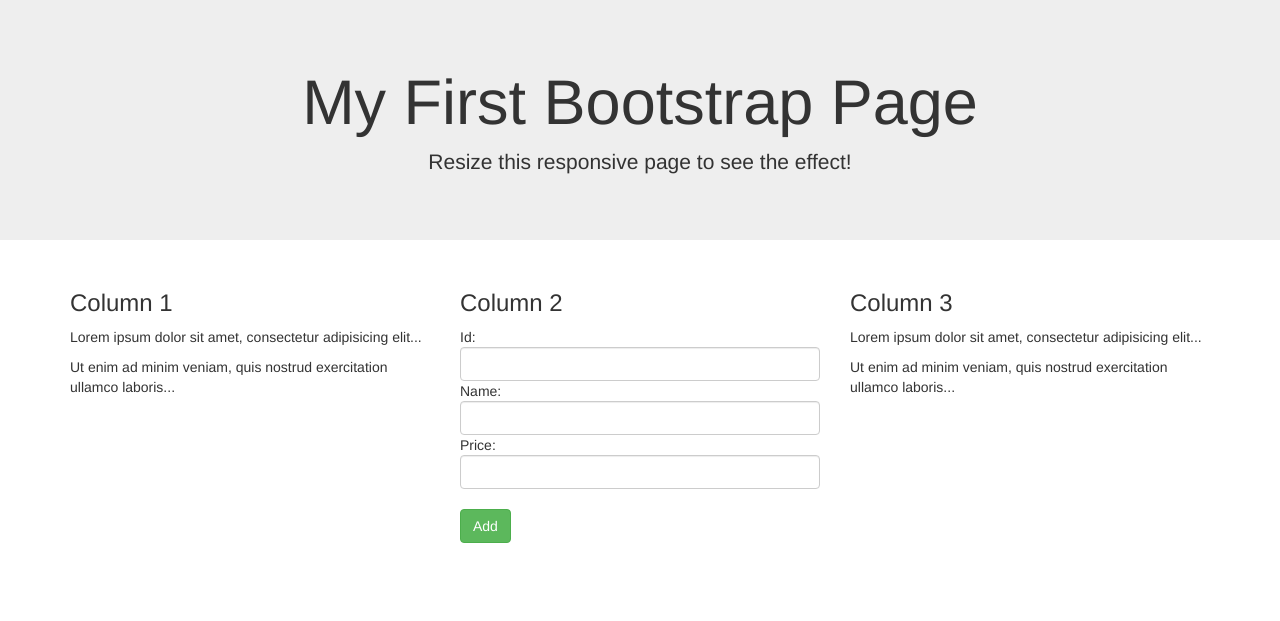
Repository: jagasia/wipro16feb
Page: http://localhost/mvc-1/WEB-INF/jsp/product.jsp
The author's editor kept a copy of each file at every save. The page is drawn from the files as they stood at one save, then again after the next save.
The browser window is 1280 px wide. The pictures show the whole page.
The page is served by Tomcat 9. Nobody is signed in. Other server files are loaded and not shown. The template is opened directly, without the code that normally fills it, so the values that code supplies are empty.

Above is the page before, as saved 2023-02-16 09:14:06.

### mvc-1/src/main/webapp/WEB-INF/jsp/product.jsp
<%@ page language="java" contentType="text/html; charset=ISO-8859-1"
    pageEncoding="ISO-8859-1"%>
<!DOCTYPE html>
<html>
<head>
<meta charset="ISO-8859-1">
<title>Insert title here</title>
<link rel="stylesheet" href="https://maxcdn.bootstrapcdn.com/bootstrap/3.4.1/css/bootstrap.min.css">
  <script src="https://ajax.googleapis.com/ajax/libs/jquery/3.6.3/jquery.min.js"></script>
  <script src="https://maxcdn.bootstrapcdn.com/bootstrap/3.4.1/js/bootstrap.min.js"></script>
</head>
<body>
<div class="jumbotron text-center">
  <h1>My First Bootstrap Page</h1>
  <p>Resize this responsive page to see the effect!</p>
</div>

<div class="container">
  <div class="row">
    <div class="col-sm-4">
      <h3>Column 1</h3>
      <p>Lorem ipsum dolor sit amet, consectetur adipisicing elit...</p>
      <p>Ut enim ad minim veniam, quis nostrud exercitation ullamco laboris...</p>
    </div>
    <div class="col-sm-4">
      <h3>Column 2</h3>
      <form>
      	Id:<input type="number" class="form-control" name="id" />
      	Name:<input type="text" class="form-control" name="name" />
      	Price:<input type="number" class="form-control" name="price" /><br/>
      	<input type="submit" value="Add" class="btn btn-success" />
      </form>
    </div>
    <div class="col-sm-4">
      <h3>Column 3</h3>
      <p>Lorem ipsum dolor sit amet, consectetur adipisicing elit...</p>
      <p>Ut enim ad minim veniam, quis nostrud exercitation ullamco laboris...</p>
    </div>
  </div>
  <div class="row">
  	<div class="col-sm-2"></div>
  	<div class="col-sm-8">
  		<table class="table table-bordered table-striped table-hover">
  		</table>
  	</div>
  	<div class="col-sm-2"></div>
  </div>
</div>

</body>
</html>

After the next save:
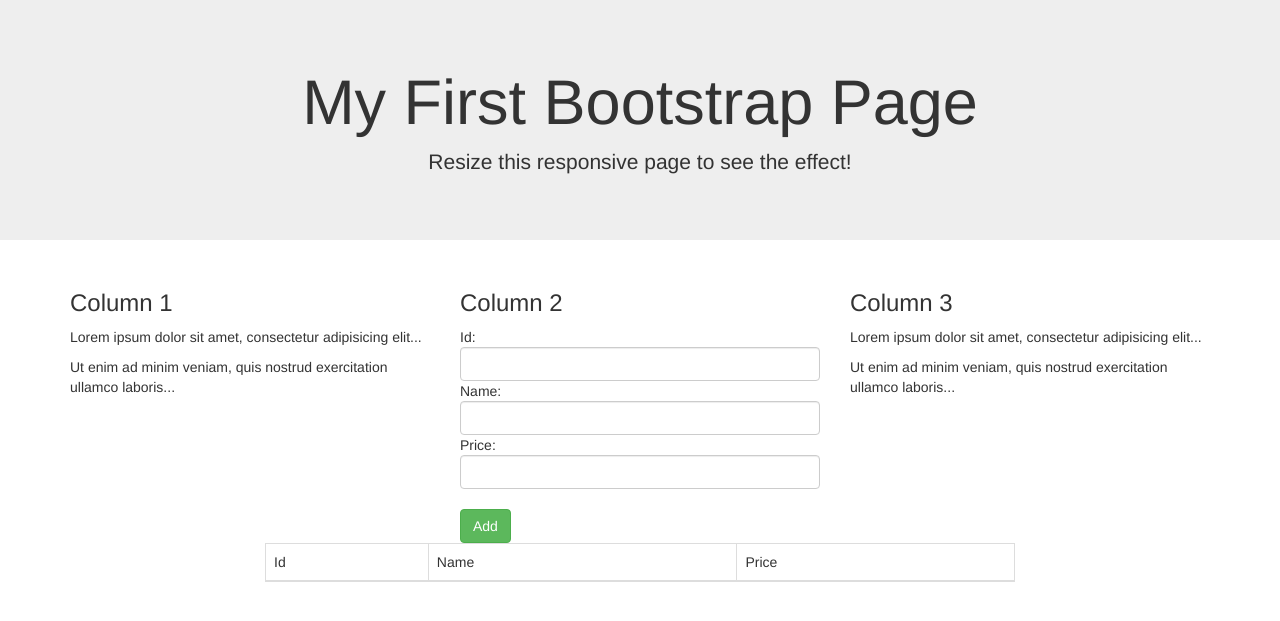
Saved 26 s later.
--- a/mvc-1/src/main/webapp/WEB-INF/jsp/product.jsp
+++ b/mvc-1/src/main/webapp/WEB-INF/jsp/product.jsp
@@ -41,6 +41,11 @@
   	<div class="col-sm-2"></div>
   	<div class="col-sm-8">
   		<table class="table table-bordered table-striped table-hover">
+  			<thead>
+  				<tr>
+  					<td>Id</td><td>Name</td><td>Price</td>
+  				</tr>
+  			</thead>
   		</table>
   	</div>
   	<div class="col-sm-2"></div>
